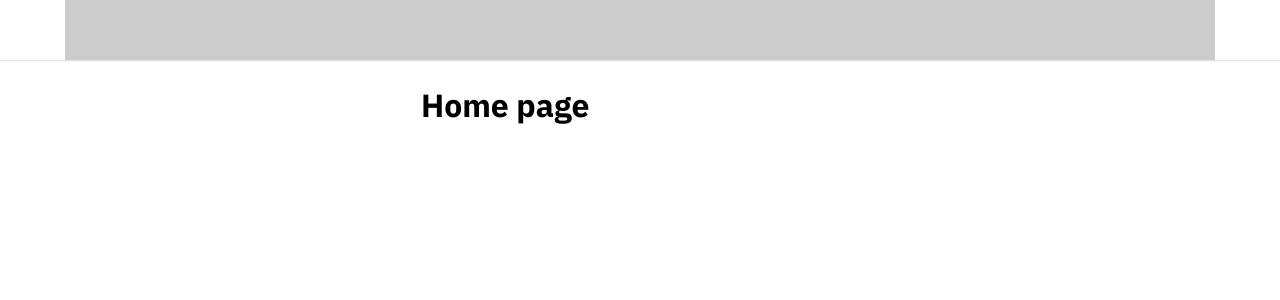
Repository: hmquandec05/tiktok-clone
Page: /
An editor plug-in stored every save of this project. The page is shown before and after a run of saves, followed by the edit.
The browser window is 1280 px wide. The pictures show the whole page.
The project was rebuilt for these pictures with package versions that can differ from the ones it lists, and the page was loaded fresh each time. Also part of the build but not shown: src/components/Layouts/HeaderOnly/index.js, src/pages/Following/index.js, src/pages/Profile/index.js, src/pages/Search/index.js. Imported but missing from the stored project, and not drawn on this page: src/pages/Upload.

Above is the page before, as saved 2025-02-26 16:55:35.

After the next 2 saves:
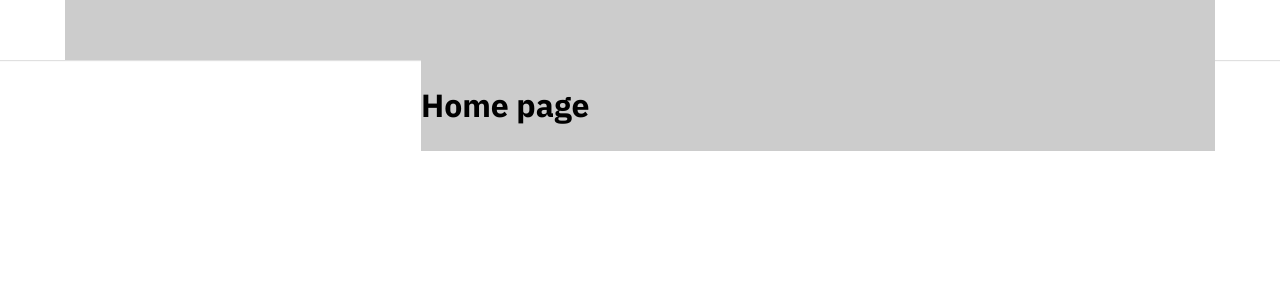
The 2 saves are shown as one change because 1 did not build or start.
The last was saved 76 s later.
--- a/src/components/Layouts/DefaultLayout/DefaultLayout.module.scss
+++ b/src/components/Layouts/DefaultLayout/DefaultLayout.module.scss
@@ -10,4 +10,6 @@
 }
 
 .content {
+  flex: 1;
+  background-color: #ccc;
 }
